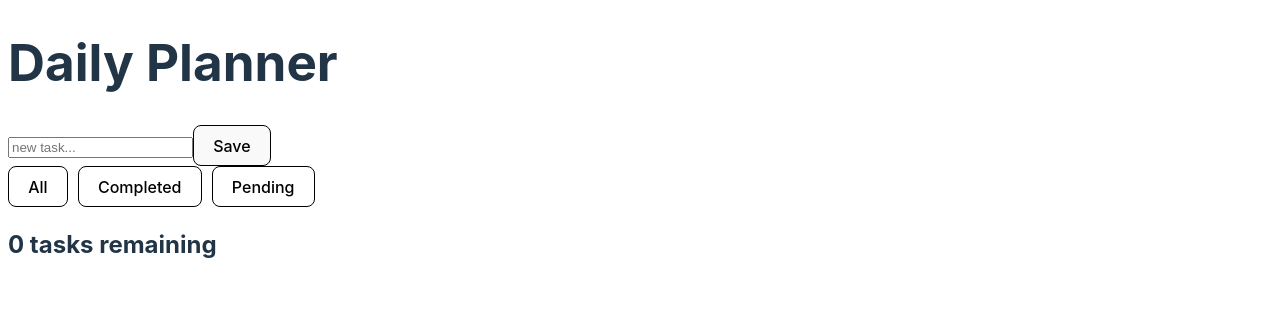
Repository: leslie179/labfour
Page: / (app in labfour/)
An editor plug-in stored every save of this project. The page is shown before and after a run of saves, followed by the edit.
The browser window is 1280 px wide. The pictures show the whole page.
The project was rebuilt for these pictures with package versions that can differ from the ones it lists, and the page was loaded fresh each time. Also part of the build but not shown: labfour/vite.config.js, labfour/src/components/Task.jsx.

Above is the page before, as saved 2024-10-27 19:48:39.

### labfour/src/index.css
:root {
  font-family: Inter, system-ui, Avenir, Helvetica, Arial, sans-serif;
  line-height: 1.5;
  font-weight: 400;

  color-scheme: light dark;
  color: rgba(255, 255, 255, 0.87);
  background-color: #242424;

  font-synthesis: none;
  text-rendering: optimizeLegibility;
  -webkit-font-smoothing: antialiased;
  -moz-osx-font-smoothing: grayscale;
}

a {
  font-weight: 500;
  color: #646cff;
  text-decoration: inherit;
}
a:hover {
  color: #535bf2;
}

.task-checkbox{
  margin-right: 10px;
}
h1 {
  font-size: 3.2em;
  line-height: 1.1;
}

button {
  border-radius: 8px;
  border: 1px solid transparent;
  padding: 0.6em 1.2em;
  font-size: 1em;
  font-weight: 500;
  font-family: inherit;
  background-color: #1a1a1a;
  cursor: pointer;
  transition: border-color 0.25s;
  border: 1px solid black;
  background-color: white;
}
button:hover {
  border-color: #646cff;
}
button:focus,
button:focus-visible {
  outline: 4px auto -webkit-focus-ring-color;
}

@media (prefers-color-scheme: light) {
  :root {
    color: #213547;
    background-color: #ffffff;
  }
  a:hover {
    color: #747bff;
  }
  button {
    background-color: #f9f9f9;
  }
}

### labfour/src/App.jsx
import { useState } from 'react';
import './App.css';
import Task from './components/Task';
import TaskForm from './components/TaskForm';

function App() {
  const [tasks, setTasks] = useState([]);
  const [filter, setFilter] = useState("All");

  const remainingTasks = tasks.filter(task => !task.completed).length;

  return (
    <div>
      <h1>Daily Planner</h1>
      <TaskForm setTasks={setTasks} />

      <button className="filter-button" onClick={() => setFilter("All")}>All</button>
      <button className="filter-button" onClick={() => setFilter("Completed")}>Completed</button>
      <button className="filter-button" onClick={() => setFilter("Pending")}>Pending</button>

      <h2>{remainingTasks} task{remainingTasks !== 1 ? 's' : ''} remaining</h2>

      <ul>
        {tasks.filter((task) => {
          if (filter === "All") return true;
          if (filter === "Completed") return task.completed;
          return !task.completed;
        }).map((task, i) => (
          <Task key={i} task={task} setTasks={setTasks} index={i} />
        ))}
      </ul>
    </div>
  );
}

export default App;

### labfour/src/App.css
.task-item {
  display: flex;
  align-items: center;
  margin-bottom: 10px;
}

.task-checkbox {
  margin-right: 10px;
}

.task-font {
  font-size: 18px;
  font-weight: bold;
  color: #333;
  flex-grow: 1;
  min-width: 150px;
  max-width: 300px;
  overflow: hidden;
  text-overflow: ellipsis;
  white-space: nowrap;
}

.filter-button{
  border: 1px solid black;
  background-color: white;
  margin-right: 10px;
}

.completed {
  text-decoration: line-through;
  color: #999;
}

.task-button {
  margin-left: 10px;
  padding: 5px 10px;
  background-color: #00800a;
  color: black;
  border: none;
  border-radius: 5px;
  cursor: pointer;
  border: 1px solid black;
  background-color: white;
}

### labfour/src/components/TaskForm.jsx
import { useState } from "react";

function TaskForm({ setTasks }) {
    const [currentTask, setCurrentTask] = useState(""); // Initialize with an empty string

    const save = () => {
        if (currentTask.trim() === "") return; // Prevent adding empty tasks
        setTasks((currentTasks) => {
            const tmpTasks = [...currentTasks]; // deep copy
            tmpTasks.push({ task: currentTask, completed: false });
            return tmpTasks;
        });
        setCurrentTask(""); // Reset input field after saving
    };

    return (
      <div>
        <input
          className="input"
          type="text"
          onChange={(e) => setCurrentTask(e.target.value)}
          value={currentTask}
          placeholder="new task..."
        />
        <button className="save" onClick={save}>Save</button>
      </div>
    );
}

export default TaskForm;

Loaded but not shown: labfour/index.html (common file); labfour/src/main.jsx (common file)

After the next 2 saves:
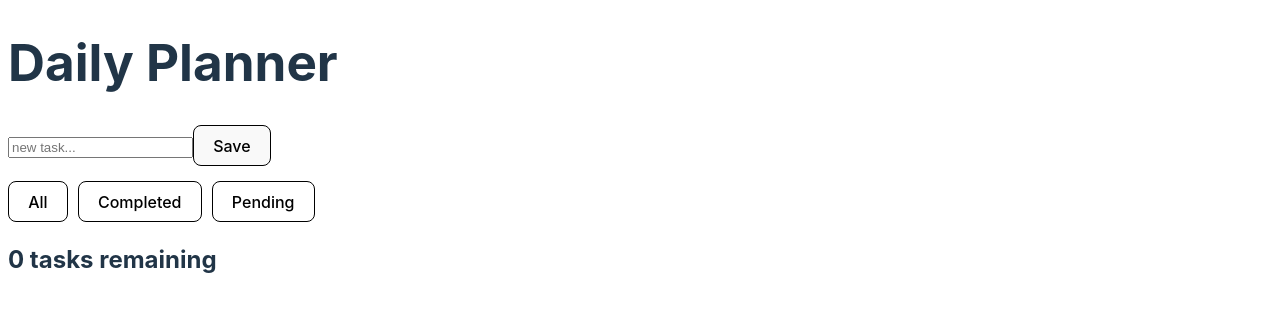
The 2 saves are shown as one change because they came seconds apart.
The last was saved 15 s later.
--- a/labfour/src/App.css
+++ b/labfour/src/App.css
@@ -24,6 +24,7 @@
   border: 1px solid black;
   background-color: white;
   margin-right: 10px;
+  margin-top: 15px;
 }
 
 .completed {
